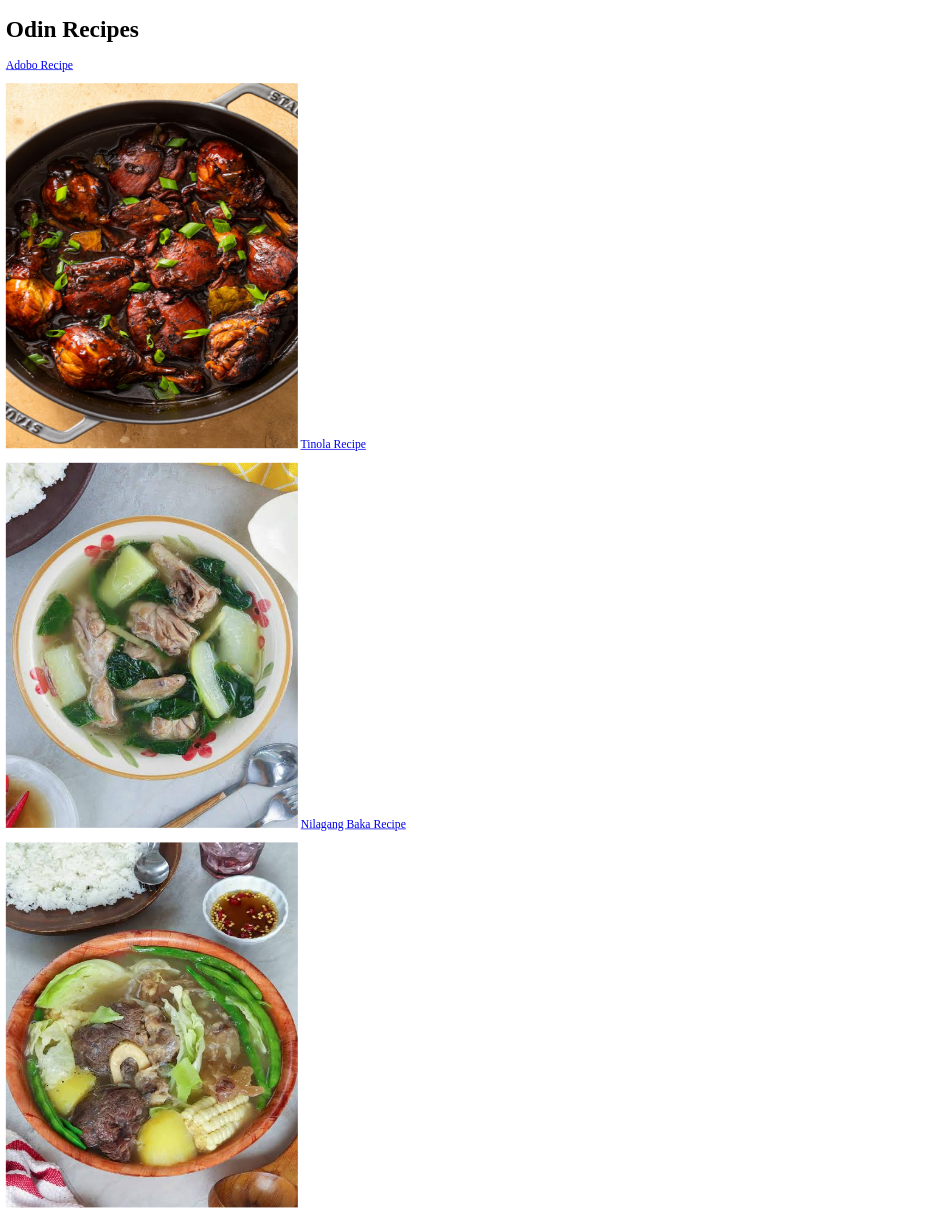
Repository: StevePrado/odin-recipes
Page: index.html
An editor plug-in stored every save of this project. The page is shown before and after the next save, followed by the edit.
The browser window is 1280 px wide. The pictures show the whole page, at 73% of full size.

Above is the page before, as saved 2026-09-19 09:21:06.

### index.html
<!DOCTYPE html>
<html lang="en">
<head>
  <meta charset="UTF-8">
  <meta name="viewport" content="width=device-width, initial-scale=1.0">
  <title>Document</title>
</head>
<body>
  <h1>Odin Recipes</h1>
  <a href="recipes/adobo.html">Adobo Recipe</a>
  <p></p>
  <img src="assets/adobo.jpg" alt="Adobo Dish Picture" height="500" width="400">

  <a href="recipes/tinola.html">Tinola Recipe</a>
  <p></p>
  <img src="assets/tinola.jpg" alt="Tinola Dish Picture" height="500" width="400">

  <a href="recipes/nilagang-baka.html">Nilagang Baka Recipe</a>
  <p></p>
  <img src="assets/nilagang-baka.jpg" alt="Nilagang Baka Dish Picture" height="500" width="400">


</body>
</html>

After the next save:
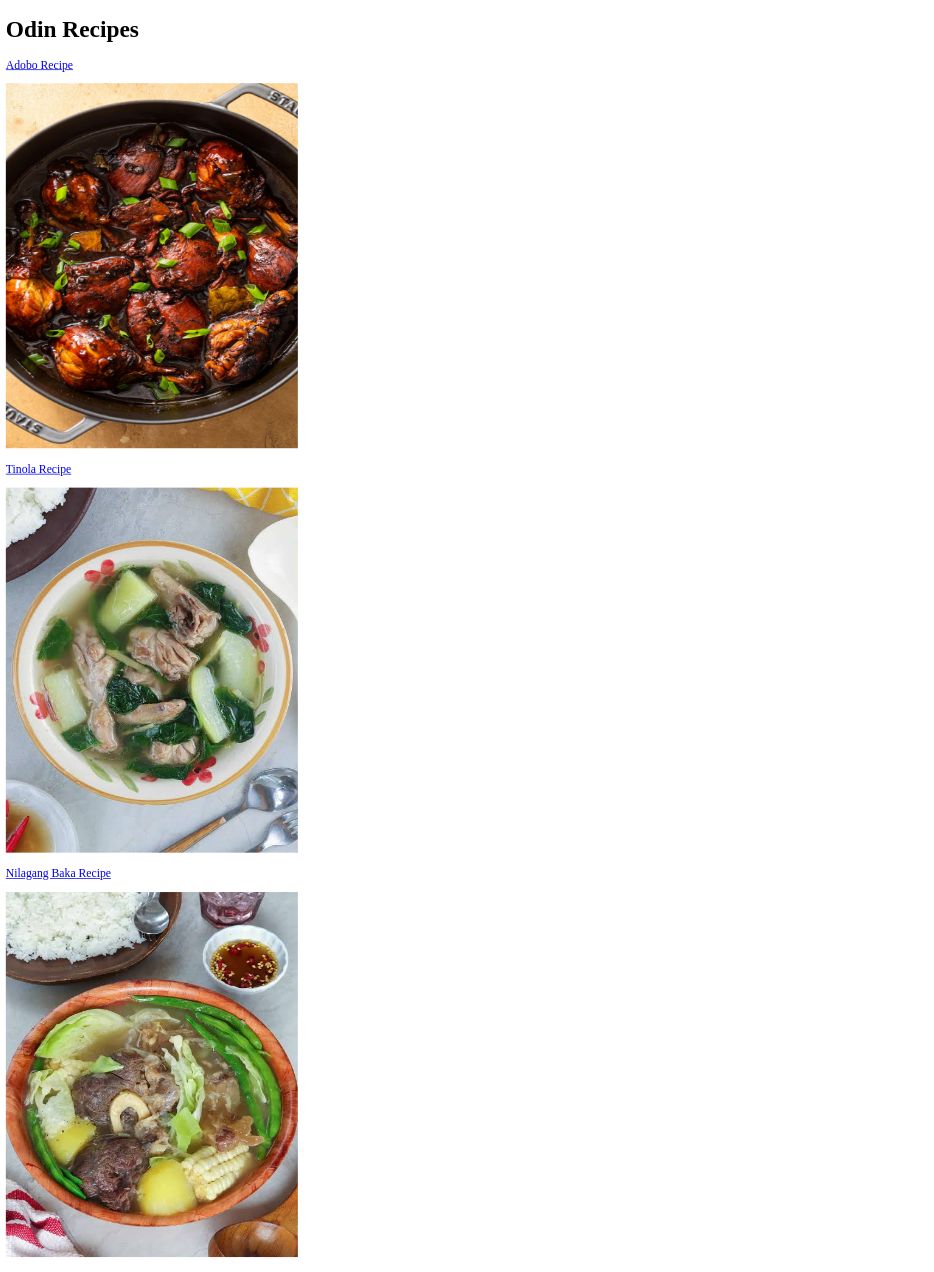
Saved 35 s later.
--- a/index.html
+++ b/index.html
@@ -10,14 +10,17 @@
   <a href="recipes/adobo.html">Adobo Recipe</a>
   <p></p>
   <img src="assets/adobo.jpg" alt="Adobo Dish Picture" height="500" width="400">
+  <p></p>
 
   <a href="recipes/tinola.html">Tinola Recipe</a>
   <p></p>
   <img src="assets/tinola.jpg" alt="Tinola Dish Picture" height="500" width="400">
+  <p></p>
 
   <a href="recipes/nilagang-baka.html">Nilagang Baka Recipe</a>
   <p></p>
   <img src="assets/nilagang-baka.jpg" alt="Nilagang Baka Dish Picture" height="500" width="400">
+  <p></p>
 
 
 </body>
